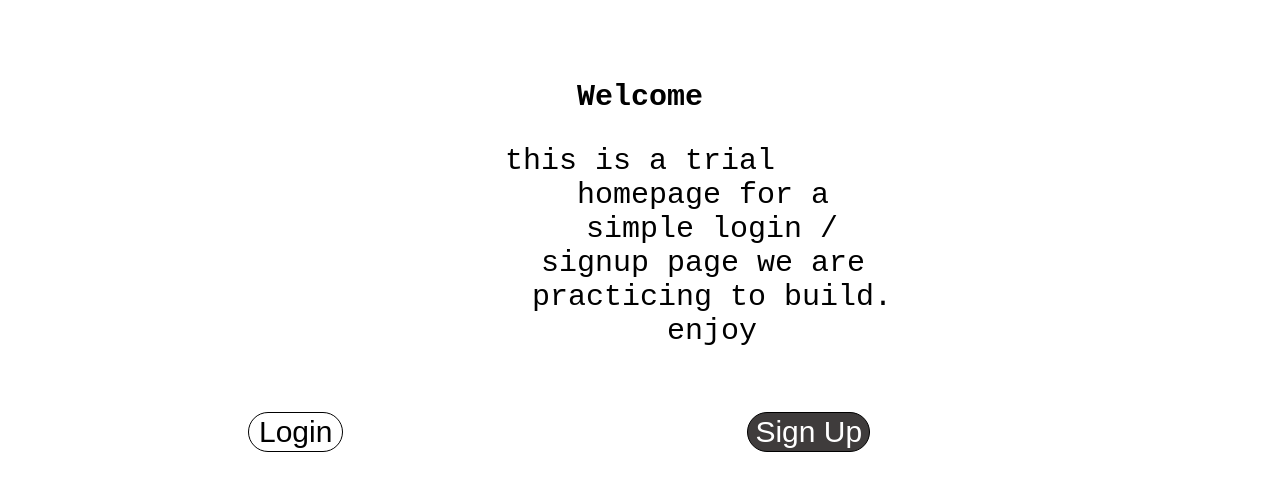
Repository: yhung004/TUTORIAL_PAGE
Page: home.html
An editor plug-in stored every save of this project. The page is shown before and after the next save, followed by the edit.
The browser window is 1280 px wide. The pictures show the whole page.

Above is the page before, as saved 2024-04-10 01:58:47.

After the next save:
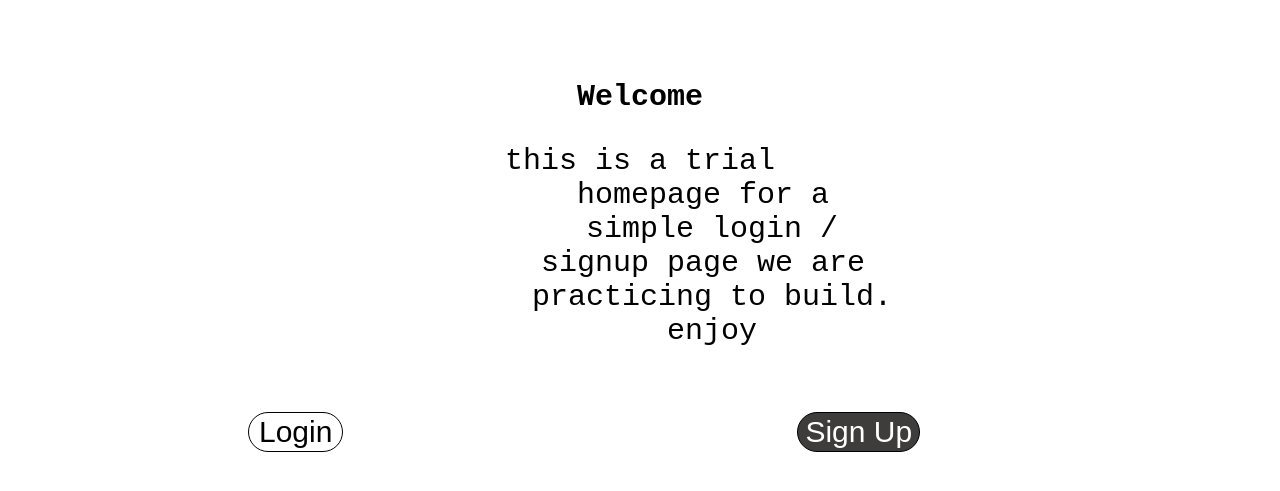
Saved 9 s later.
--- a/main.css
+++ b/main.css
@@ -20,7 +20,7 @@
 }
 .button_b {
     position: relative;
-    right: -600px;
+    right: -650px;
     border : 1px solid black;
     border-radius: 20px;
     background-color: rgb(63, 60, 60);
